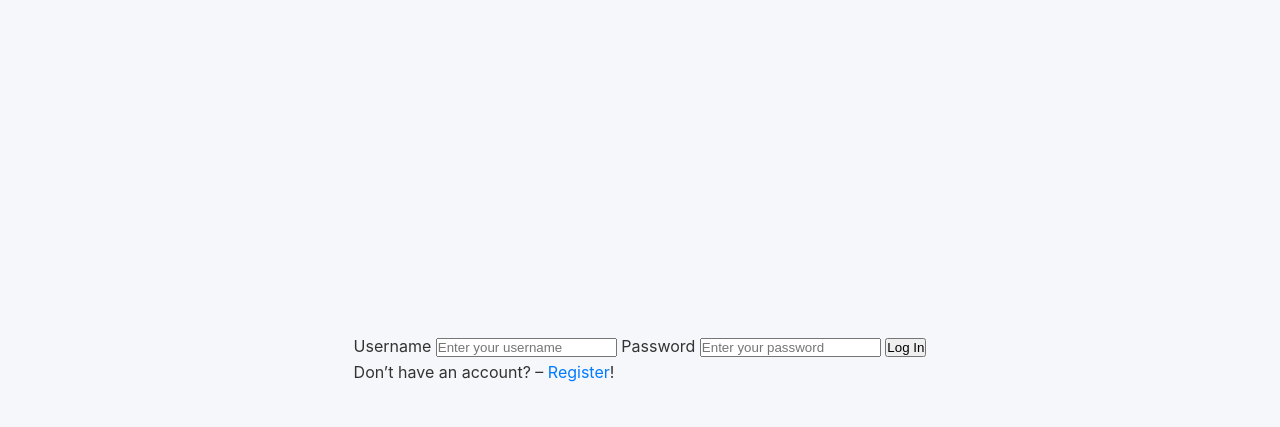
Repository: ArturSahakyan124/catalog_2
Page: http://localhost/views/auth/login.php
The author's editor kept a copy of each file at every save. The page is drawn from the files as they stood at one save, then again after the next save.
The browser window is 1280 px wide. The pictures show the whole page.
The page is run by PHP 8.4 with error messages shown; the project is at /var/www/html/.

Above is the page before, as saved 2025-11-14 01:49:35.

### views/auth/login.php
    <?php
    session_start();

    if (!empty($_SESSION['user'])) {
        header('Location: ../profile/userPage.php');
    }

    ?>

    <!doctype html>
    <html lang="en">
    <head>
        <meta charset="UTF-8">
        <title>Authorization and Registration</title>
        <link rel="stylesheet" href="../../assets/css/auth.css">
        <link rel="stylesheet" href="../../assets/css/main.css">

    </head>
    <body>

        <form>
            <label>Username</label>
            <input type="text" name="login" placeholder="Enter your username">
            <label>Password</label>
            <input type="password" name="password" placeholder="Enter your password">
            <button type="submit" class="login-btn">Log In</button>
            <p>
                Don’t have an account? – <a href="register.php">Register</a>!
            </p>
            <p class="msg none">Lorem ipsum dolor sit amet.</p>
        </form>

        <script src="../../assets/js/jquery-3.4.1.min.js"></script>
        <script src="../../assets/js/main.js"></script>

    </body>
    </html>

### assets/css/auth.css

body {
  height: 100vh;
  display: flex;
  align-items: center;
  justify-content: center;

}

### assets/css/main.css

* {
  margin: 0;
  padding: 0;
  box-sizing: border-box;
}

body {
  font-family: 'Inter', -apple-system, BlinkMacSystemFont, 'Segoe UI', Roboto, Oxygen, Ubuntu, Cantarell, sans-serif;
  color: #333;
  line-height: 1.6;
  background-color: #f5f7fa;
}

a {
  color: #007bff;
  text-decoration: none;
  transition: color 0.2s ease;
}

a:hover {
  color: #0056b3;
}

.btn {
  padding: 10px 20px;
  border: none;
  border-radius: 6px;
  font-size: 16px;
  cursor: pointer;
  transition: background-color 0.3s ease, transform 0.1s ease;
}

.btn-primary {
  background-color: #007bff;
  color: #fff;
}

.btn-primary:hover {
  background-color: #0056b3;
  transform: translateY(-1px);
}

.btn-ghost {
  background-color: transparent;
  color: #007bff;
  border: 1px solid #007bff;
}

.btn-ghost:hover {
  background-color: #f8f9fa;
  transform: translateY(-1px);
}

.none {
  display: none;
}

.error {
  font-size: 12px;
  color: #dc3545;
  margin-top: 5px;
}

.msg {
  border: 2px solid #ff0808;
  border-radius: 3px;
  padding: 10px;
  text-align: center;
  font-weight: bold;
  margin-top: 8px;
}

### assets/js/main.js
// LOGIN
function login() {
    $('.login-btn').click(async function (e) {
        e.preventDefault();

        const login = $('input[name="login"]').val().trim();
        const password = $('input[name="password"]').val().trim();

        if (!login || !password) {
            $('.msg').removeClass('none').text('Please fill in all fields.');
            return;
        }

        const data = { action: 'login', login, password };

        try {
            await sendRequestPromise('./AuthController.php', 'POST', data);
            document.location.href = 'CarController.php';
        } catch (err) {
            $('.msg').removeClass('none').text(err.message || 'Login failed');
        }
    });
}

// REGISTRATION
function register() {
    $('#registerForm').on('submit', async function (e) {
        e.preventDefault();

        const formData = new FormData(this);
        formData.append('action', 'register');

        try {
            await sendRequestPromise('../AuthController.php', 'POST', formData);
            document.location.href = '../AuthController.php';
        } catch (err) {
            $('.msg').removeClass('none').text(err.message || 'Registration failed');
        }
    });
}

login();
register();

Loaded but not shown: assets/js/jquery-3.4.1.min.js (library)

After the next save:
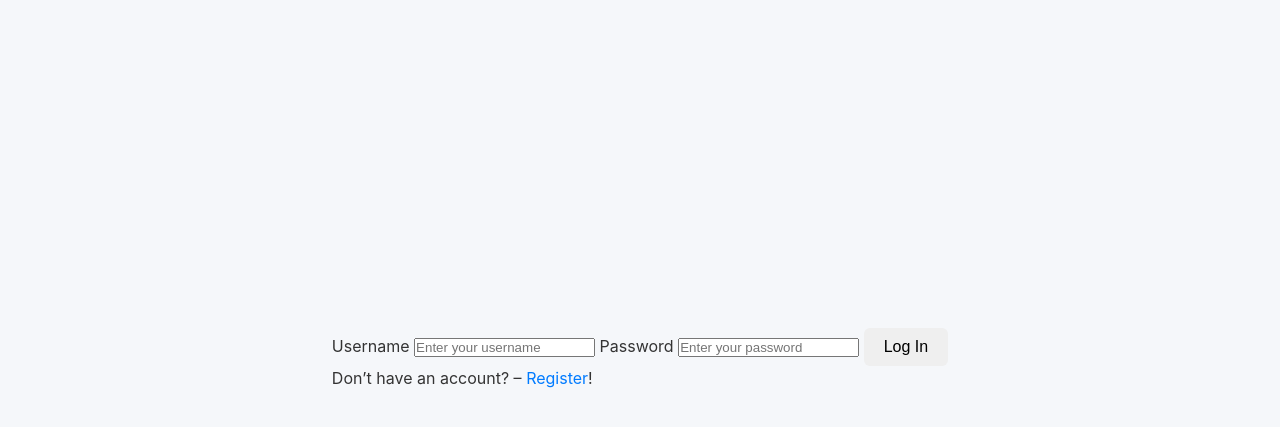
Saved 27 s later.
--- a/assets/css/main.css
+++ b/assets/css/main.css
@@ -22,7 +22,7 @@ a:hover {
   color: #0056b3;
 }
 
-.btn {
+button {
   padding: 10px 20px;
   border: none;
   border-radius: 6px;
